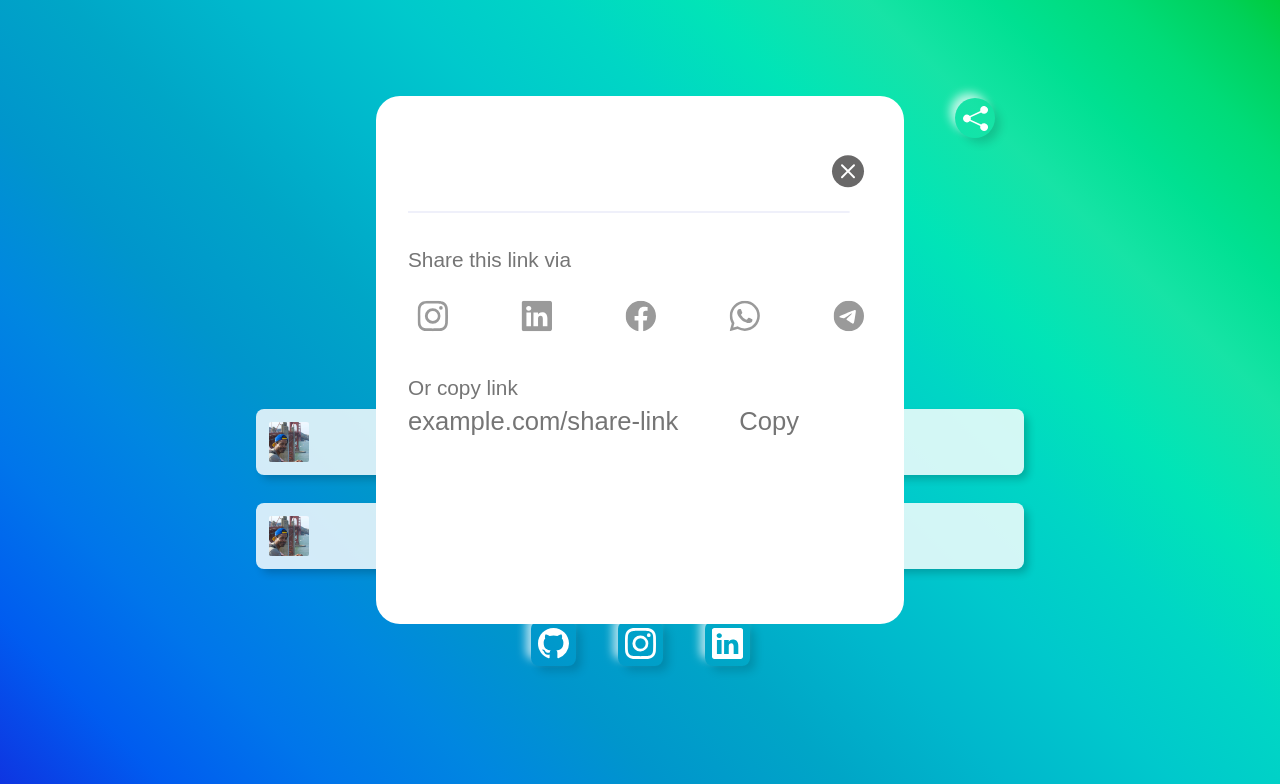
Repository: MateLaDBrouille97/linktree
Page: /
An editor plug-in stored every save of this project. The page is shown before and after the next save, followed by the edit.
The browser window is 1280 px wide. The pictures show the whole page.
The project was rebuilt for these pictures with package versions that can differ from the ones it lists, and the page was loaded fresh each time. The framework's server and built-in components were replaced by stand-ins that run in the browser. Also part of the build but not shown: next.config.js, styles/Home.module.css, styles/scrollup.css.

Above is the page before, as saved 2023-01-24 00:53:02.

### app/layout.tsx
"use client";

import '@/styles/globals.css'
import '../styles/Home.module.css';
import '../styles/scrollup.css';
import '../styles/home.css';
import '../styles/socials.css';
import '../styles/share.css';
import ScrollDow from '../components/ScrollDow';
import ScrollUp from '../components/scrollup/ScrollUp'

export default function RootLayout({
    children,
  }: {
    children: React.ReactNode;
  }) {
    return (
      <html lang="en">
        <body>{children}</body>
        {/* <ScrollDow/> */}
        {/* <ScrollUp/> */}
      </html>
    );
  }

### app/page.tsx
"use client";

import Image from "next/image";
import data from "data.json";
import image from "../public/ManuelTL2.jpg";
import image1 from "../public/ManuelTL2.jpg";
import { useEffect, useState } from "react";
import Socials from "../components/Socials";
import Share from "@/components/Share";

function LinkCard({
  href,
  title,
  image,
}: {
  href: string;
  title: string;
  image?: string;
}) {
  return (
    <a
      href={href}
      className="flex items-center p-3 w-full rounded-lg hover:scale-105 transition-all bg-gray-100 mb-3 -mt-2 max-w-3xl home__linkcard-box"
    >
      <div className="flex text-center w-full home__linkcard-card">
        <div className="w-10 h-10 home__linkcard-img">
          {image1 && (
            <Image
              className="rounded-sm"
              alt={data.name}
              src={image1}
              width={40}
              height={40}
            />
          )}
        </div>
        <h2 className="flex justify-center items-center font-semibold w-full text-gray-700 -ml-10 home__linkcard-title">
          {title}
        </h2>
      </div>
    </a>
  );
}

export default function Home() {
  /*==================== Toggle Menu ====================== */
  const [toggle, showMenu] = useState(false);
  const [activeNav, setActiveNav] = useState("#home");

  /* +++++++++++++++++++++++++++++++++++++++++++++++++ */
  // const { dbUser, image } = useUserContext();

  // const breakpoints = (width) => {
  //   if (width < 640) {
  //     return "xs";
  //   } else if (width >= 640 && width < 768) {
  //     return "sm";
  //   } else if (width >= 768 && width < 1024) {
  //     return "md";
  //   } else if (width >= 1024) {
  //     return "lg";
  //   }
  // };

  // const [breakpoint, setBreakpoint] = useState(() =>
  //   breakpoints(typeof window !== "undefined" && window.innerWidth)
  // );

  useEffect(() => {
    if (toggle) {
      // const calcInnerWidth = function () {
      //   setBreakpoint(breakpoints(window.innerWidth));
      // };
      // window.addEventListener("resize", calcInnerWidth);
      window.addEventListener("scroll", function () {
        const header = this.document.querySelector(".header");
        //scroll higher than 200 viewport height
        //add scroll header class to a tag with the scroll-top
        if (this.scrollY >= 80) header?.classList.add("scroll-header");
        else header?.classList.remove("scroll-header");
      });
    }
  }, []);

  useEffect(() => {
    showMenu(true);
  }, []);

  return (
    <div className="flex items-center flex-col mx-auto w-full justify-center mt-16 px-8 ">
      <Share/>
      <a
        href="#home"
        onClick={() => setActiveNav("#home")}
        // className={
        //   activeNav === "#home" ? "nav__logo active-link" : "nav__logo"
        // }
      >
        <Image
          className="rounded-full"
          alt={data.name}
          src={image}
          width={96}
          height={96}
        />
      </a>

      <h1 className="font-semibold mt-4 mb-8 text-xl" style={{color:"white"}}>{data.name}</h1>
      <h3 className="home__description" style={{color:"white"}}>{data.small_description}</h3>

      <div className="grid place-items-center w-full mt-2">
        {data.links.map((link) => (
          <LinkCard key={link.href} {...link} />
        ))}
      </div>

      <div className="gap-3 items-center flex mt-10">
        {data?.socials?.map((social) => {
         return(

          <Socials title={social?.title} key={social?.href} />
          )
        })}
      </div>
    </div>
  );
}

### styles/globals.css
@tailwind base;
@tailwind components;
@tailwind utilities;

body{
  height:100vh;
  background-image: linear-gradient(
  45deg,
  hsl(229deg 88% 47%) 0%,
  hsl(217deg 100% 47%) 8%,
  hsl(210deg 100% 46%) 16%,
  hsl(204deg 100% 44%) 24%,
  hsl(196deg 100% 40%) 32%,
  hsl(190deg 100% 39%) 41%,
  hsl(186deg 100% 40%) 49%,
  hsl(181deg 100% 40%) 57%,
  hsl(175deg 100% 42%) 65%,
  hsl(168deg 99% 45%) 72%,
  hsl(162deg 82% 49%) 80%,
  hsl(159deg 100% 44%) 86%,
  hsl(153deg 100% 43%) 92%,
  hsl(146deg 100% 41%) 97%,
  hsl(138deg 100% 40%) 100%
);
}

@import  url('https://api.iconify.design/material-symbols/arrow-upward.svg');

/*=============== GOOGLE FONTS ===============*/
@import url("https://fonts.googleapis.com/css2?family=Poppins:wght@400;500;600&display=swap");

/*=================== NEXT.JS ================*/

html,
body {
  padding: 0;
  margin: 0;
  font-family: -apple-system, BlinkMacSystemFont, Segoe UI, Roboto, Oxygen,
    Ubuntu, Cantarell, Fira Sans, Droid Sans, Helvetica Neue, sans-serif;
}

h1 {
  font-size: 1.75rem;
}




/*=============== VARIABLES CSS ===============*/
:root {
  --header-height: 3rem;

  /*========== Colors ==========*/
  /*Color mode HSL(hue, saturation, lightness)*/
  --hue: 0;
  --sat: 0%;
  --title-color: hsl(var(--hue), var(--sat), 20%);
  --title-color-dark: hsl(var(--hue), var(--sat), 0%);
  --text-color: hsl(var(--hue), var(--sat), 46%);
  --body-color: hsl(var(--hue), var(--sat), 98%);
  --container-color: #fff;

  /*========== Font and typography ==========*/
  --body-font: "Poppins", sans-serif;

  /*.5rem = 8px | 1rem = 16px ...*/
  --big-font-size: 3.5rem;
  --h1-font-size: 2.75rem;
  --h2-font-size: 1.5rem;
  --h3-font-size: 1.25rem;
  --normal-font-size: 1rem;
  --small-font-size: 0.875rem;
  --smaller-font-size: 0.813rem;
  --tiny-font-size: 0.625rem;

  /*========== Font weight ==========*/
  --font-normal: 400;
  --font-medium: 500;
  --font-semi-bold: 600;

  /*========== Margenes Bottom ==========*/
  /*.5rem = 8px | 1rem = 16px ...*/
  --mb-0-25: 0.25rem;
  --mb-0-5: 0.5rem;
  --mb-0-75: 0.75rem;
  --mb-1: 1rem;
  --mb-1-5: 1.5rem;
  --mb-2: 2rem;
  --mb-2-5: 2.5rem;
  --mb-3: 3rem;

  /*========== z index ==========*/
  --z-tooltip: 10;
  --z-fixed: 100;
  --z-modal: 1000;
}

/* Responsive typography */
@media screen and (max-width: 992px) {
  :root {
    --big-font-size: 2.75rem;
    --h1-font-size: 1.5rem;
    --h2-font-size: 1.25rem;
    --h3-font-size: 1rem;
    --normal-font-size: 0.938rem;
    --small-font-size: 0.813rem;
    --smaller-font-size: 0.75rem;
  }
}

/*=============== BASE ===============*/
* {
  margin: 0;
  padding: 0;
  box-sizing: border-box;
}

html {
  scroll-behavior: smooth;
}

body,
button,
input,
textarea {
  font-family: var(--body-font);
  font-size: var(--normal-font-size);
}

body {
  background-color: var(--body-color);
  color: var(--text-color);
}

h1,
h2,
h3 {
  color: var(--title-color);
  font-weight: var(--font-semi-bold);
}

ul {
  list-style: none;
}

a {
  text-decoration: none;
}

button {
  cursor: pointer;
  border: none;
  outline: none;
}

img {
  max-width: 100%;
  height: auto;
}

/*=============== REUSABLE CSS CLASSES ===============*/
.section {
  padding: 6rem 0 2rem;
}

.section__title {
  font-size: var(--h1-font-size);
  color: var(--title-color);
}

.section__subtitle {
  display: block;
  font-size: var(--normal-font-size);
  margin-bottom: 4rem;
}

.section__title,
.section__subtitle {
  text-align: center;
}

/*=============== LAYOUT ===============*/
.container {
  max-width: 968px;
  margin-left: auto;
  margin-right: auto;
}

.grid {
  display: grid;
  gap: 1.5rem;
}

/*=============== BUTTONS ===============*/
.button {
  display: inline-block;
  background-color:rgb(100, 189, 140);
  color: var(--container-color);
  padding: 1.25rem 2rem;
  border-radius: 1rem;
  font-weight: var(--font-medium);
}

.button:hover {
  background-color: rgb(81, 209, 138);
  color: var(--container-color);
}

.button__icon {
  margin-left: var(--mb-0-5);
}

.button--flex {
  display: inline-flex;
  align-items: center;

}




/*=============== BREAKPOINTS ===============*/
/* For large devices */
@media screen and (max-width: 992px) {
  .container {
    margin-left: var(--mb-1-5);
    margin-right: var(--mb-1-5);
  }

  .button {
    padding: 1rem 1.75rem;
  }

  .button__icon {
    width: 22px;
    height: 22px;
  }
}

/* For medium devices */
@media screen and (max-width: 768px) {
  body {
    margin: 0 0 var(--header-height) 0;
  }

  .section {
    padding: 2rem 0 4rem;
  }

  .section__subtitle {
    margin-bottom: var(--mb-3);
  }
}

@media screen and (max-width: 576px) {

}

/* For small devices */
@media screen and (max-width: 350px) {
  :root {
    --big-font-size: 2.25rem;
  }

  .container {
    margin-left: var(--mb-1);
    margin-right: var(--mb-1);
  }
}

### styles/home.css
.home__container{
    row-gap: 7rem;
}

.home__content{
    grid-template-columns: 116px repeat(2, 1fr);
    padding-top: 5.5rem;
    column-gap: 2rem;
    align-items: center;
}

.home__social{
    display:grid;
    grid-template-columns: max-content;
    row-gap: 1rem;
}

.home__social-icon{
    font-size:1.25rem;
    color: var(--title-color);
}

.home__social-icon:hover{
    color:rgb(165, 30, 75);
}



.home__social-icon:hover{
    color: var(--title-color-dark);
}

.home__title{
    font-size:var(--h1-font-size);
    margin-bottom:var(--mb-0-25);
}

.home__hand{
    width: 38px;
    height: 38px;
    margin-left: 0.4rem;
}

.home__subtitle{
    position: relative;
    font-size:var(--h3-font-size);
    padding-left: 5.4rem;
    font-weight: var(--font-normal);
    margin-bottom: var(--mb-1);
}

.home__subtitle::before{
    content:'';
    position:absolute;
    width: 70px;
    height:1px;
    background-color:var(--text-color);
    left:0;
    top:1rem;
}

.home__description{
    max-width:400px;
    margin-bottom: var(--mb-3);
    line-height: 1.7;
}

.home__linkcard-box{
    background-color: rgba(255, 255, 255, 0.829);
    border-color: whitesmoke;
    border-width: 3px;
    transition: transform 0.5s;
    box-shadow: 5px 5px 9px -1px rgba(0,0,0,0.2);

    border: 1px solid rgba(0,0,0,0);
    transition: transform 0.5s;
}

.home__linkcard-box:hover{
    box-shadow: 10px 10px 0px -1px rgba(0,0,0,0.15),
                1px 1px 0.5px  rgba(0,0,0,0.15),
                0px -12px 10px -10px  rgba(0,0,0,0.05);
     border: 1px solid   rgba(0,0,0,0.1);
    /* transform:translateY(-2px)  ;    */
}

.home__linkcard-box::after{
    transition: transform 0.5s;
}

.home__linkcard-box:hover::after .home__linkcard-title {
    transition: transform 0.7s;
}

.home__linkcard-box:hover::after .home__linkcard-img {
    transition: transform 0.7s;
}

.home__linkcard-box:hover .home__linkcard-title{
    transform:scale(1.05);
    transition: transform 0.5s;
}

.home__linkcard-box:hover .home__linkcard-img{
    transform:scale(1.15);
    transition: transform 0.5s;
}




.home__img{
/* background: url(../../assets/Mur.jpg); */
background-repeat: no-repeat;
background-position: center;
background-size: cover;
box-shadow: inset 0 0 0 9px rgb(255 255 255/30%);
order: 1;
justify-self: center;
width:375px ;
height: 350px;
animation: profile__animate 8s ease-in-out infinite 1s;
}

@keyframes profile__animate {
    0%{
        border-radius: 60% 40% 30% 70%/60% 30% 70% 40%;
    }

    50%{
        border-radius: 30% 60% 70% 40%/50% 60% 30% 60%;
    }

    100%{
        border-radius: 60% 40% 30% 70%/60% 30% 70% 40%;
    }
}

.home__scroll{
    position:fixed;
    left: 2.5rem;
    bottom: 3rem;
    /* opacity:0.8; */
    padding:0.3rem 0.5rem;
    border-radius:0.4rem;
    z-index: var(--z-tooltip);
    transition: .4s;
}


.wheel {
    animation: scroll 2s ease infinite;
}

@keyframes scroll{
    0% {
        transform: translateY(0);
    }
    30% {
        transform: translateY(3.7rem);
    }

}


.home__scroll-name{
    color: rgba(255, 255, 255, 0.829);
    font-weight: var(--font-medium);
    margin-right: var(--mb-0-25);
    margin-left: 2px;
}

.home__scroll-arrow{
    font-size: 1.25rem;
    color: rgba(255, 255, 255, 0.829);
}


/*=============== BREAKPOINTS ===============*/
/* For large devices */
@media screen and (max-width: 992px) {
    .home__content{
        grid-template-columns: 100px repeat(2, 1fr);
        column-gap: 1.25rem;

    }

    .home__hand{
        width:26px;
        height:26px;
    }

    .home__subtitle{
        padding-left: 3.75rem;
        margin-bottom: var(--mb-1);

    }

    .home__subtitle::before {
        width:42px;
        top:0.8rem;
    }

    .home__description{
        max-width: initial;
        margin-bottom: var(--mb-2-5);
    }

    .home__img{
        width:250px;
        height:250px;
        box-shadow:inset 0 0 0 8px rgb(255 255 255/30%)
    }

    .home__scroll{
        margin-left: 7.5rem;
    }



  }

  /* For medium devices */
  @media screen and (max-width: 768px) {
    .home__content{
        grid-template-columns: 0.5fr 3fr;
        padding-top: 3.5rem;
    }

    .home__img{
        order:initial;/* ordre d'apparition de l'element*/
        justify-self: initial;
        box-shadow: inset 0 0 0 9px rgb(255 255 255/30%);
        width:200px;
        height: 200px;
    }

    .home__data{
        grid-column:1/3;
    }

    .home__scroll{
        display:none;
    }


  }



  /* For small devices */
  @media screen and (max-width: 350px) {


    .home__img{

        width:180px ;
        height: 180px;
    }

    .home__hand{
        width:22px;
        height:22px;
    }


  }

### styles/socials.css
/* .social__link{
    color: var(--container-color);
    font-size: 1.125rem;
    padding: 0.4rem;
    border-radius:1.5rem;
    display: inline-flex;
} */
/*
.social__link:hover{
    background-color:rgba(44, 203, 224, 0.986);
} */

.social__link{
    display:flex;
    /* background-color: var(--container-color); */
    color: var(--container-color);
    height: 45px;
    width: 45px;
    margin: 0 15px;
    border-radius: 8px;
    align-items: center;
    justify-content:center;
    text-decoration: none;
    box-shadow: 6px 6px 10px -1px rgba(0,0,0,0.15),
                -6px -6px 10px -1px rgba(255,255,255,0.7);
    border: 1px solid   rgba(0,0,0,0);
    transition: transform 0.5s;
}

a svg {
    font-size: 38px;
    color: white;
    transition: transform 0.5s;
}


.social__link:hover{
    background-color: rgba(255, 255, 255, 0.829);
    box-shadow: inset 4px 4px 6px -1px rgba(0,0,0,0.2),
                inset -4px -4px 6px -1px rgba(255,255,255,0.7),
                -0.5px -0.5px 0px  rgba(255,255,255,1),
                0.5px 0.5px 0px  rgba(0,0,0,0.15),
                0px -12px 10px -10px  rgba(0,0,0,0.05);
    border: 1px solid   rgba(0,0,0,0.1);
    transform:translateY(2px)  ;
}


a:hover svg{
    transform: scale(1.10);
    fill: black;
    transition: transform 0.5s;
}

a:hover .bi-linkedin{
    fill:rgb(18, 83, 203) ;
    transform:scale(1.10);
    transition: transform 0.5s;
}

a:hover .bi-instagram{
    fill:#e64771;
    transform:scale(1.10);
    transition: transform 0.5s;
}


/*=============== BREAKPOINTS ===============*/
/* For large devices */
@media screen and (max-width: 992px) {


    .social__link:hover{

        box-shadow: inset 4px 4px 6px -1px rgba(0,0,0,0.2),
                    inset -4px -4px 6px -1px rgba(255,255,255,0.7),
                    -0.5px -0.5px 0px  rgba(255,255,255,1),
                    0.5px 0.5px 0px  rgba(0,0,0,0.15),
                    0px -12px 10px -10px  rgba(0,0,0,0.05);
        border: 1px solid   rgba(0,0,0,0.1);
        transform:translateY(2px)  ;
    }




  }

  /* For medium devices */
  @media screen and (max-width: 768px) {




  }



  /* For small devices */
  @media screen and (max-width: 350px) {





  }

### styles/share.css
/*          Share   Items  */

.share-link {
  display: flex;
  color: var(--container-color);
  height: 45px;
  width: 45px;
  margin: 0 15px;
  border-radius: 22px;
  align-items: center;
  justify-content: center;
  text-decoration: none;
  box-shadow: 6px 6px 10px -1px rgba(0, 0, 0, 0.15),
    -6px -6px 10px -1px rgba(255, 255, 255, 0.7);
  border: 1px solid rgba(0, 0, 0, 0);
  transition: transform 0.5s;
}

.share-link:hover {
  background-color: rgba(255, 255, 255, 0.829);
  box-shadow: inset 4px 4px 6px -1px rgba(0, 0, 0, 0.2),
    inset -4px -4px 6px -1px rgba(255, 255, 255, 0.7),
    -0.5px -0.5px 0px rgba(255, 255, 255, 1),
    0.5px 0.5px 0px rgba(0, 0, 0, 0.15),
    0px -12px 10px -10px rgba(0, 0, 0, 0.05);
  border: 1px solid rgba(0, 0, 0, 0.1);
  transform: translateY(2px);
}

/* .share-link .bi-share-fill{
    fill: white;
} */

.share-link:hover .bi-share-fill {
  fill: black;
  transform: scale(1.1);
  transition: transform 0.5s;
}

header {
  width: 95%;
  max-width: 788px;
  display: flex;
  justify-content: flex-end;
  padding: 12px;
  margin-top: 5px;
}

.share-button {
  width: 40px;
  height: 40px;
  border-radius: 20px;
  color: var(--container-color);
}

.share {
  width: 95%;
  max-width: 788px;
  display: flex;
  justify-content: flex-end;
  padding: 12px;
  margin-top: 5px;
  z-index: 10;
}

.modal-share {
  position: absolute;
  height: 330px;
  width: 330px;
  top: 50%;
  left: 50%;
  transform: translate(-50%, -50%) scale(1.6);
  background: var(--container-color);
  padding: 20px;
  border-radius: 15px;
  max-width: 330px;
  width: 60%;
}

.modal-share :is(header) {
  display: flex;
  align-items: center;

}

.modal-share :is( .icons) {
    display: flex;
    align-items: center;
    justify-content: space-between;
  }


.modal-share header {
  padding-bottom: 15px;
  border-bottom: 1px solid #ebedf9;
}

header .close .icons a {
  display: flex;
  align-items: center;
  justify-content: center;
  border-radius: 50%;
}

header .close {
  height: 33px;
  width: 33px;
  background: var(--container-color);
  cursor: pointer;
}

/* .modal-title {
  font-size: 19px;
  font-weight: 500;
} */

.modal-share .content {
  margin: 20px 0;
}

.content p {
  font-size: 13px;
}

.content .icons {
  margin: 10px 0 20px 0;
}

.close{
    display: flex;
    justify-content: flex-end;
}

.close .bi-x{
  border-radius: 15px;
  background-color:#696868;
  margin-right: -21px;

}

.icons a {
  height: 30px;
  width: 30px;
  border: 0.5px solid transparent;
  text-decoration: none;
  display: flex;
  justify-content: center;
  align-items: center;
}

.icons svg {
    fill: #40404086
}

### components/Socials.tsx
function GitHubIcon() {
  return (
    <a href="https://github.com/LuckyMate97" className="social__link">
      <svg xmlns="http://www.w3.org/2000/svg" width="31" height="31" fill="white" className="bi bi-github" viewBox="0 0 16 16"> <path d="M8 0C3.58 0 0 3.58 0 8c0 3.54 2.29 6.53 5.47 7.59.4.07.55-.17.55-.38 0-.19-.01-.82-.01-1.49-2.01.37-2.53-.49-2.69-.94-.09-.23-.48-.94-.82-1.13-.28-.15-.68-.52-.01-.53.63-.01 1.08.58 1.23.82.72 1.21 1.87.87 2.33.66.07-.52.28-.87.51-1.07-1.78-.2-3.64-.89-3.64-3.95 0-.87.31-1.59.82-2.15-.08-.2-.36-1.02.08-2.12 0 0 .67-.21 2.2.82.64-.18 1.32-.27 2-.27.68 0 1.36.09 2 .27 1.53-1.04 2.2-.82 2.2-.82.44 1.1.16 1.92.08 2.12.51.56.82 1.27.82 2.15 0 3.07-1.87 3.75-3.65 3.95.29.25.54.73.54 1.48 0 1.07-.01 1.93-.01 2.2 0 .21.15.46.55.38A8.012 8.012 0 0 0 16 8c0-4.42-3.58-8-8-8z"/> </svg>
    </a>
  );
}

function InstagramIcon() {
  return (
    <a href="https://www.instagram.com/oto.mata33/" className="social__link">
      <svg xmlns="http://www.w3.org/2000/svg" width="31" height="31" fill="white" className="bi bi-instagram" viewBox="0 0 16 16"> <path d="M8 0C5.829 0 5.556.01 4.703.048 3.85.088 3.269.222 2.76.42a3.917 3.917 0 0 0-1.417.923A3.927 3.927 0 0 0 .42 2.76C.222 3.268.087 3.85.048 4.7.01 5.555 0 5.827 0 8.001c0 2.172.01 2.444.048 3.297.04.852.174 1.433.372 1.942.205.526.478.972.923 1.417.444.445.89.719 1.416.923.51.198 1.09.333 1.942.372C5.555 15.99 5.827 16 8 16s2.444-.01 3.298-.048c.851-.04 1.434-.174 1.943-.372a3.916 3.916 0 0 0 1.416-.923c.445-.445.718-.891.923-1.417.197-.509.332-1.09.372-1.942C15.99 10.445 16 10.173 16 8s-.01-2.445-.048-3.299c-.04-.851-.175-1.433-.372-1.941a3.926 3.926 0 0 0-.923-1.417A3.911 3.911 0 0 0 13.24.42c-.51-.198-1.092-.333-1.943-.372C10.443.01 10.172 0 7.998 0h.003zm-.717 1.442h.718c2.136 0 2.389.007 3.232.046.78.035 1.204.166 1.486.275.373.145.64.319.92.599.28.28.453.546.598.92.11.281.24.705.275 1.485.039.843.047 1.096.047 3.231s-.008 2.389-.047 3.232c-.035.78-.166 1.203-.275 1.485a2.47 2.47 0 0 1-.599.919c-.28.28-.546.453-.92.598-.28.11-.704.24-1.485.276-.843.038-1.096.047-3.232.047s-2.39-.009-3.233-.047c-.78-.036-1.203-.166-1.485-.276a2.478 2.478 0 0 1-.92-.598 2.48 2.48 0 0 1-.6-.92c-.109-.281-.24-.705-.275-1.485-.038-.843-.046-1.096-.046-3.233 0-2.136.008-2.388.046-3.231.036-.78.166-1.204.276-1.486.145-.373.319-.64.599-.92.28-.28.546-.453.92-.598.282-.11.705-.24 1.485-.276.738-.034 1.024-.044 2.515-.045v.002zm4.988 1.328a.96.96 0 1 0 0 1.92.96.96 0 0 0 0-1.92zm-4.27 1.122a4.109 4.109 0 1 0 0 8.217 4.109 4.109 0 0 0 0-8.217zm0 1.441a2.667 2.667 0 1 1 0 5.334 2.667 2.667 0 0 1 0-5.334z"/> </svg>
    </a>
  );
}

function LinkedInIcon() {
  return (
    <a href="https://ca.linkedin.com/" className="social__link">
      <svg xmlns="http://www.w3.org/2000/svg" width="31" height="31" fill="white" className="bi bi-linkedin" viewBox="0 0 16 16"> <path d="M0 1.146C0 .513.526 0 1.175 0h13.65C15.474 0 16 .513 16 1.146v13.708c0 .633-.526 1.146-1.175 1.146H1.175C.526 16 0 15.487 0 14.854V1.146zm4.943 12.248V6.169H2.542v7.225h2.401zm-1.2-8.212c.837 0 1.358-.554 1.358-1.248-.015-.709-.52-1.248-1.342-1.248-.822 0-1.359.54-1.359 1.248 0 .694.521 1.248 1.327 1.248h.016zm4.908 8.212V9.359c0-.216.016-.432.08-.586.173-.431.568-.878 1.232-.878.869 0 1.216.662 1.216 1.634v3.865h2.401V9.25c0-2.22-1.184-3.252-2.764-3.252-1.274 0-1.845.7-2.165 1.193v.025h-.016a5.54 5.54 0 0 1 .016-.025V6.169h-2.4c.03.678 0 7.225 0 7.225h2.4z"/> </svg>
    </a>
  );
}

function Socials({ title }:{title?:string;}) {
  if (title == "Instagram") {
    return <InstagramIcon  />;
  }
  if (title == "Github") {
    return <GitHubIcon  />;
  }
  if (title == "LinkedIn") {
    return <LinkedInIcon  />;
  }
}

export default Socials;

Loaded but not shown: data.json (35 lines, source omitted); tailwind.config.js (13 lines, source omitted); components/Share.tsx (115 lines, source omitted)

After the next save:
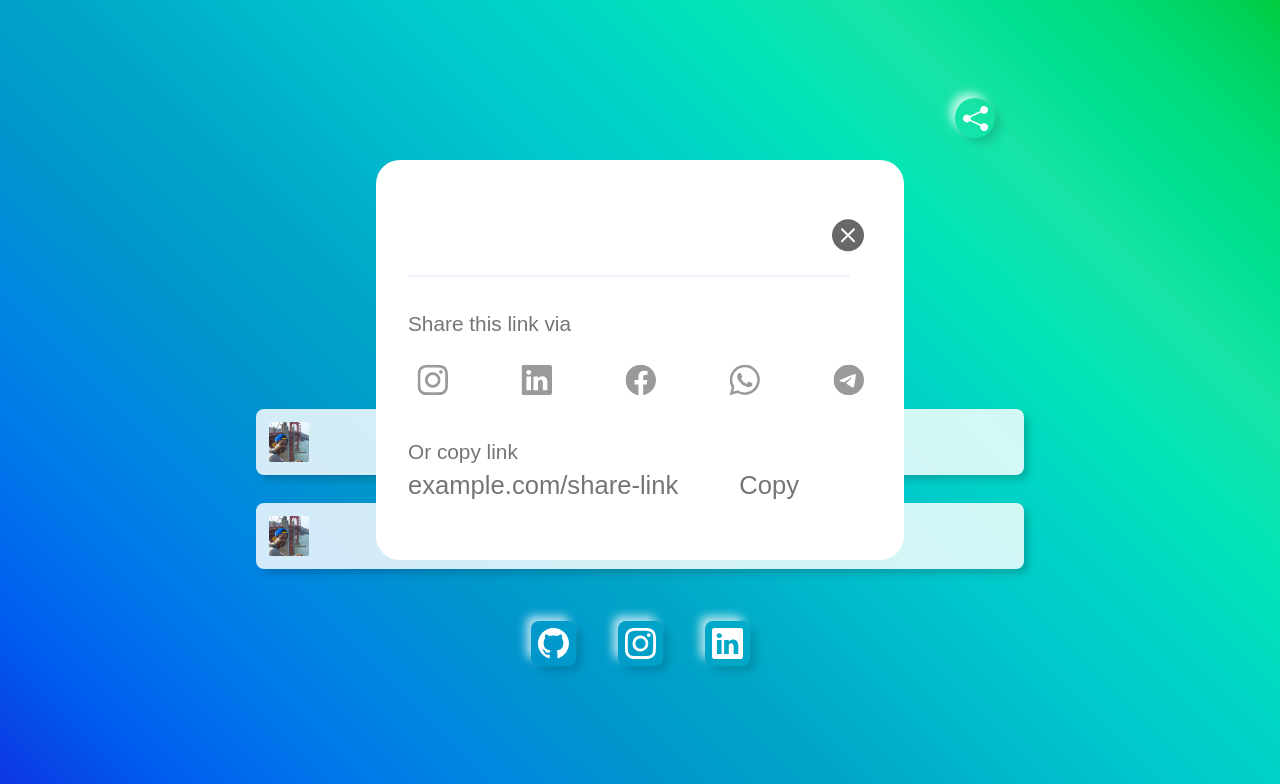
Saved 25 s later.
--- a/styles/share.css
+++ b/styles/share.css
@@ -65,7 +65,7 @@ header {
 
 .modal-share {
   position: absolute;
-  height: 330px;
+  height: 250px;
   width: 330px;
   top: 50%;
   left: 50%;
